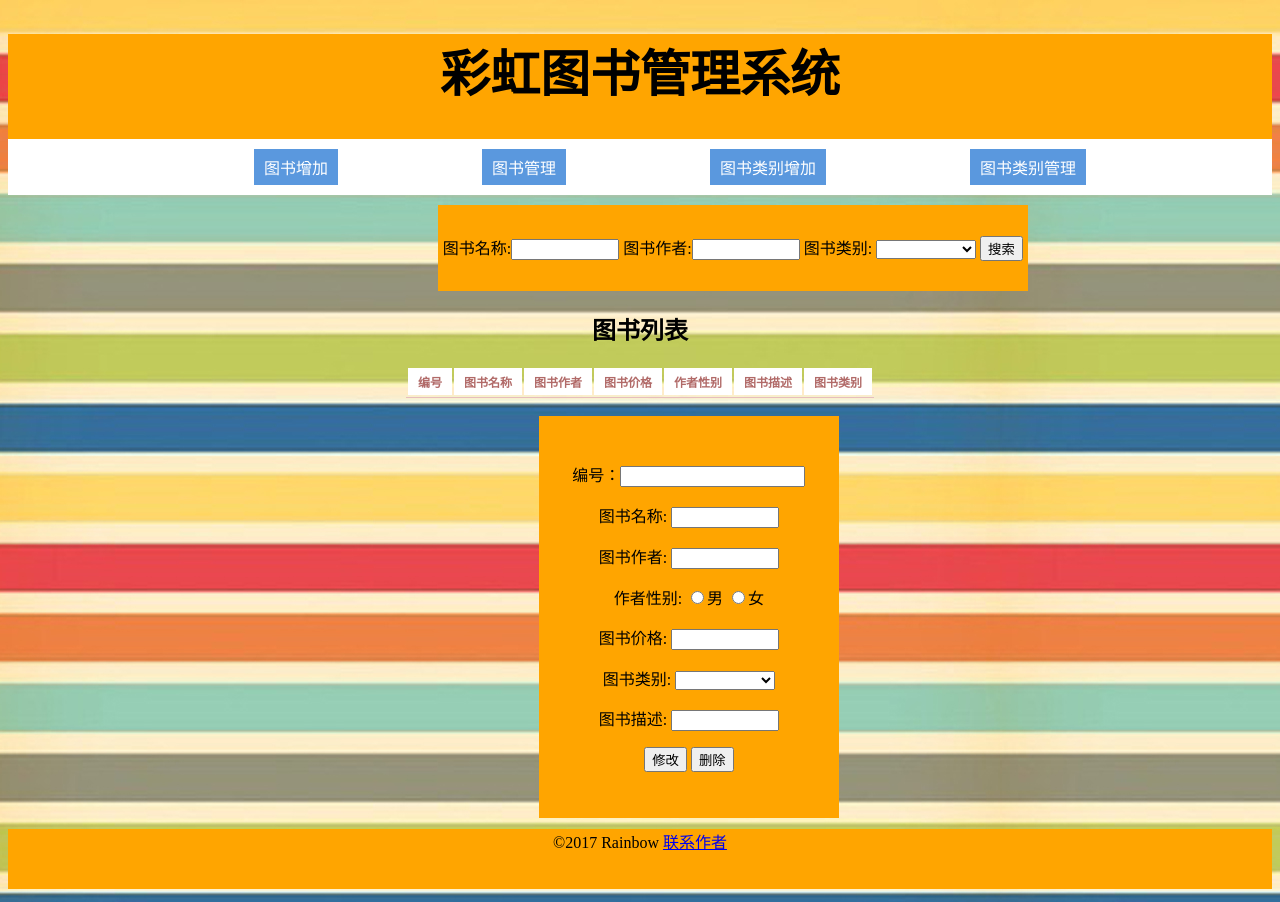
Repository: Rainbow-Chua/learningcode
Page: http://localhost/MyBookManager/BookManager.jsp
These files come from the project's save history. The page is drawn as it stood at one moment and after the next save; the edit follows.
The browser window is 1280 px wide. The pictures show the whole page.
The page is served by Tomcat 9. Queries for data that is not in the repository find no rows.

Above is the page before, as saved 2017-11-21 13:33:19.

After the next save:
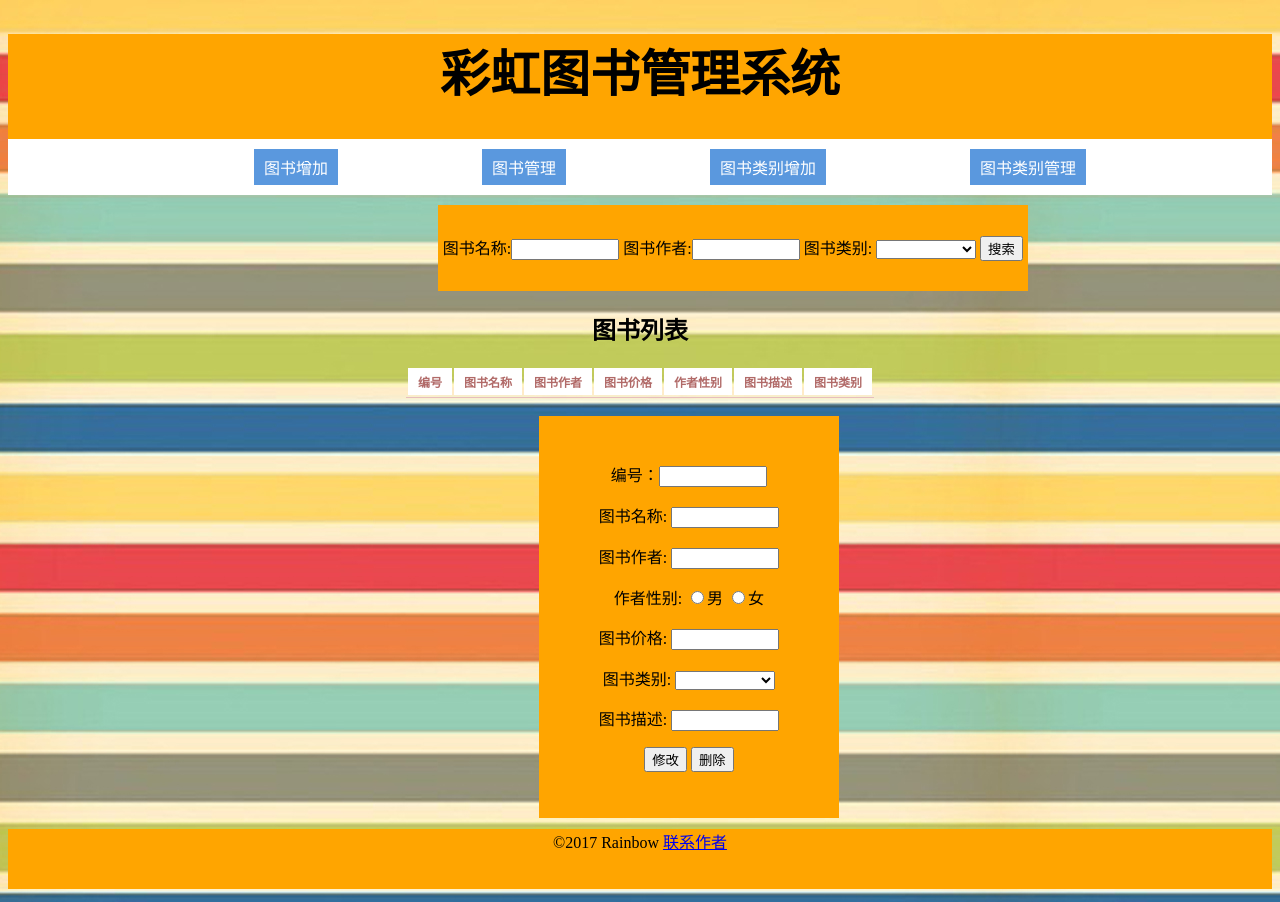
Saved 3 min 33 s later.
--- a/MyBookManager/WebContent/BookManager.jsp
+++ b/MyBookManager/WebContent/BookManager.jsp
@@ -148,7 +148,7 @@ h2 {
 			onsubmit="return checkForm(this);"
 			style="background-color: orange; position: relative; left: 42%; width: 300px;padding-top: 30px; padding-bottom: 30px ">
 			<p>
-				编号：<input id="bookId" name="bookId" type="text" readonly="readonly">
+				编号：<input id="bookId" name="bookId" type="text" readonly="readonly" style="width: 100px;">
 			</p>
 			<p>
 				图书名称: <input id="bookName1" type="text" name="bookName1"
